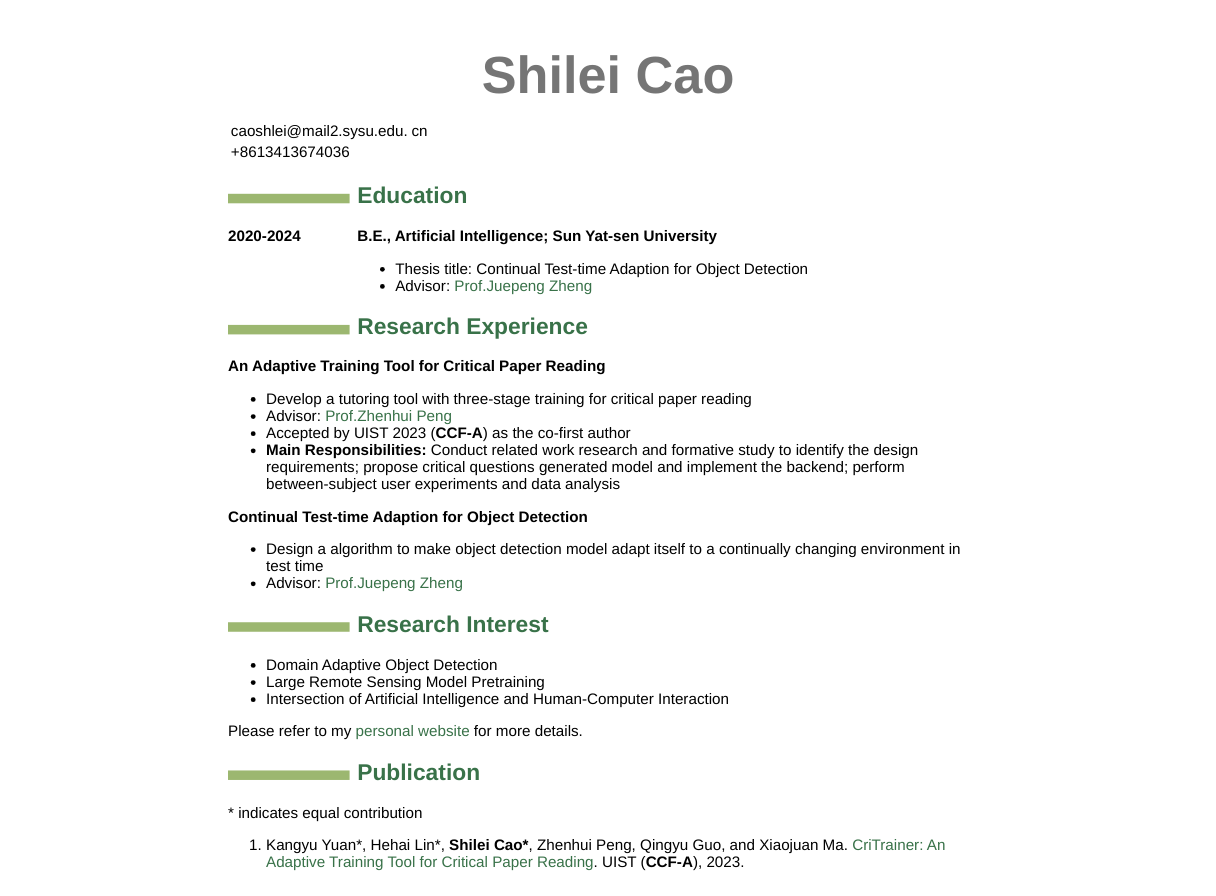
Repository: rssysu/rssysu.github.io
Page: assets/resume/csl.html
These files come from the project's save history. The page is drawn as it stood at one moment and after the next save; the edit follows.
The browser window is 1280 px wide. The pictures show the whole page, at 95% of full size.

Above is the page before, as saved 2024-08-04 13:22:28.

After the next save:
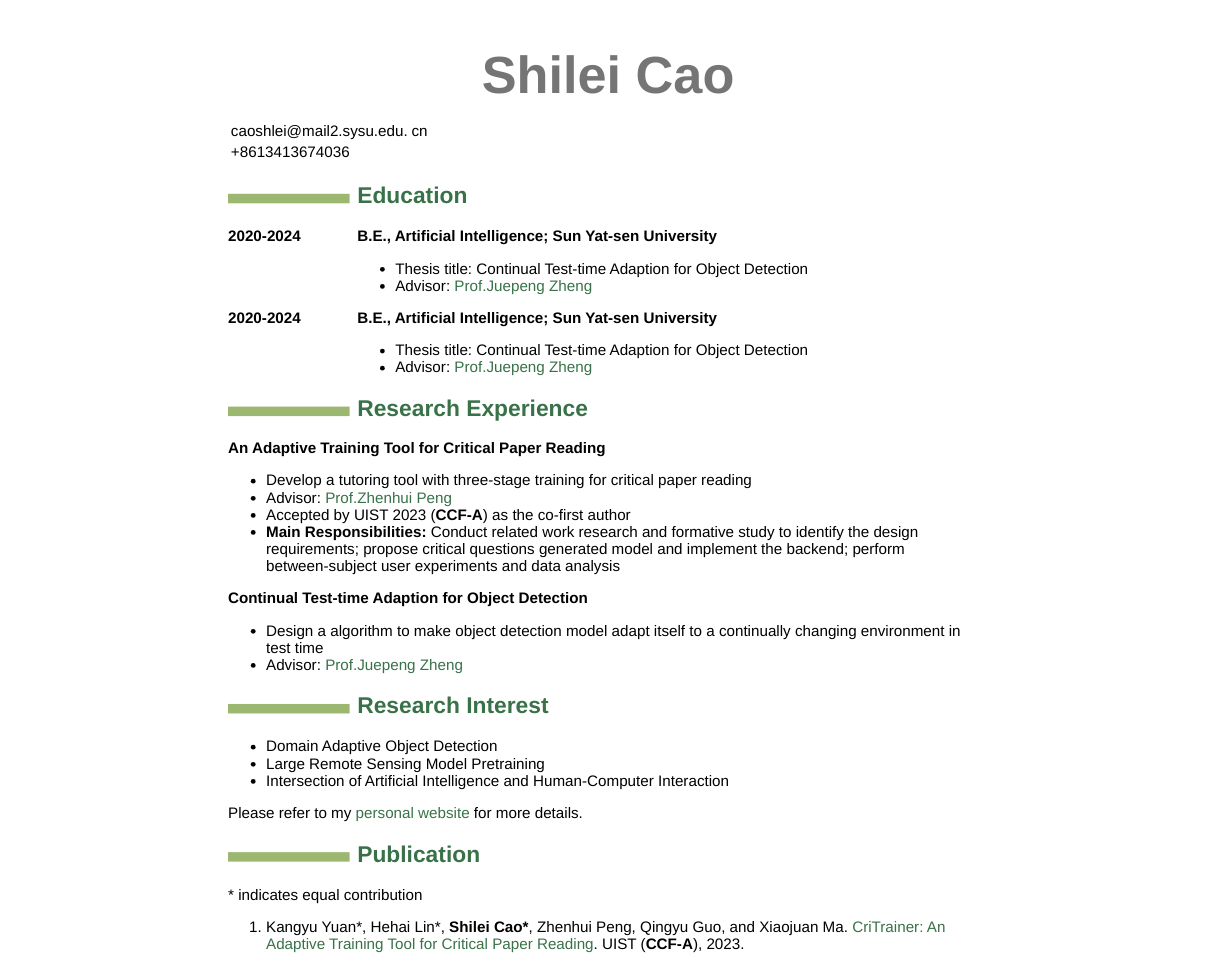
Saved 22 s later.
--- a/assets/resume/csl.html
+++ b/assets/resume/csl.html
@@ -52,6 +52,19 @@ Zheng</a></li>
 </ul>
 </dd>
 </dl>
+<dl>
+  <dt>2020-2024 </dt>
+  <dd>
+  <p><strong>B.E., Artificial Intelligence; Sun Yat-sen
+  University</strong></p>
+  <ul>
+  <li>Thesis title: Continual Test-time Adaption for Object Detection</li>
+  <li>Advisor: <a
+  href="https://hail-alloy-af4.notion.site/Juepeng-Zheng-d3b70a4b409145139c91e55813cc80fa">Prof.Juepeng
+  Zheng</a></li>
+  </ul>
+  </dd>
+  </dl>
 <h2 id="research-experience">Research Experience</h2>
 <p><strong>An Adaptive Training Tool for Critical Paper
 Reading</strong></p>
